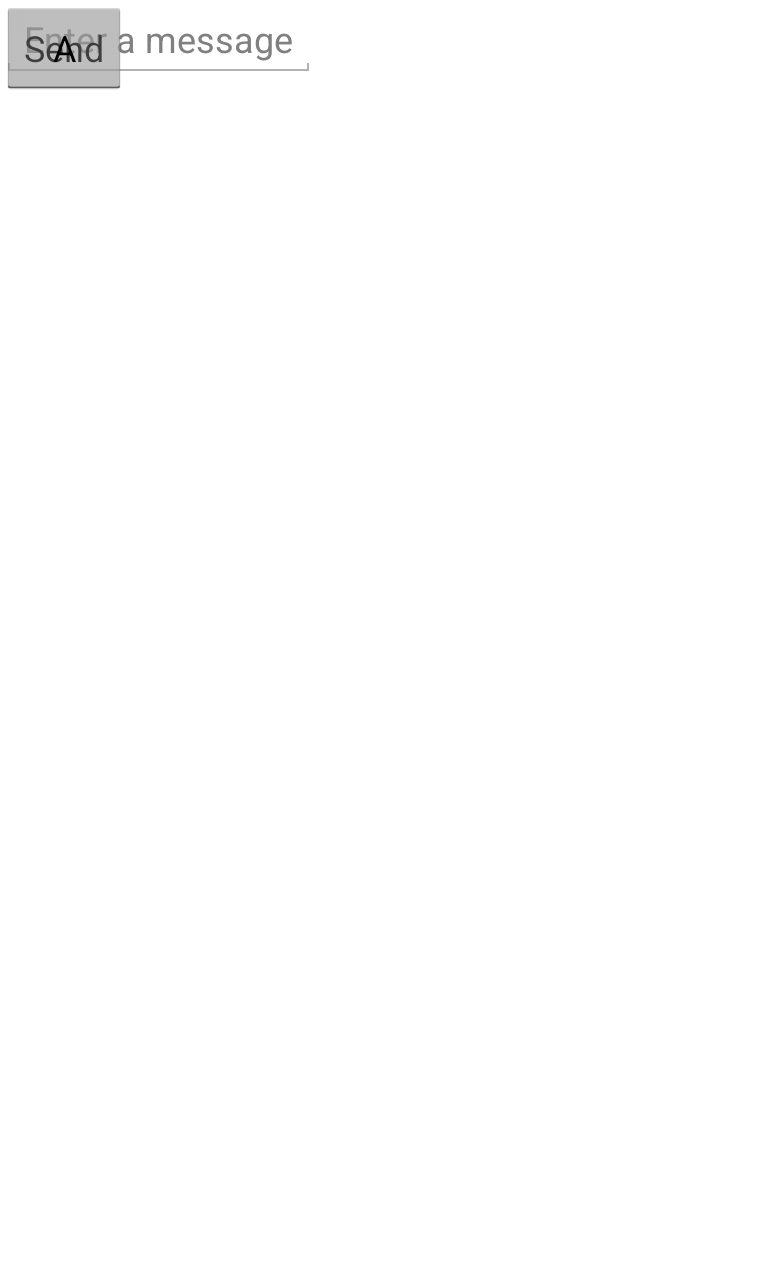
Repository: Jwonsever/AndroidPiano
Layout: HelloWorld/res/layout/activity_main.xml
The author's editor kept a copy of each file at every save. The layout is drawn from the files as they stood at one save, then again after the next save.
It is drawn on a 768 x 1280 px phone screen (xhdpi) without system bars, with theme AppTheme; the app's code is not run.

Above is the layout before, as saved 2013-11-08 00:13:44.

After the next save:
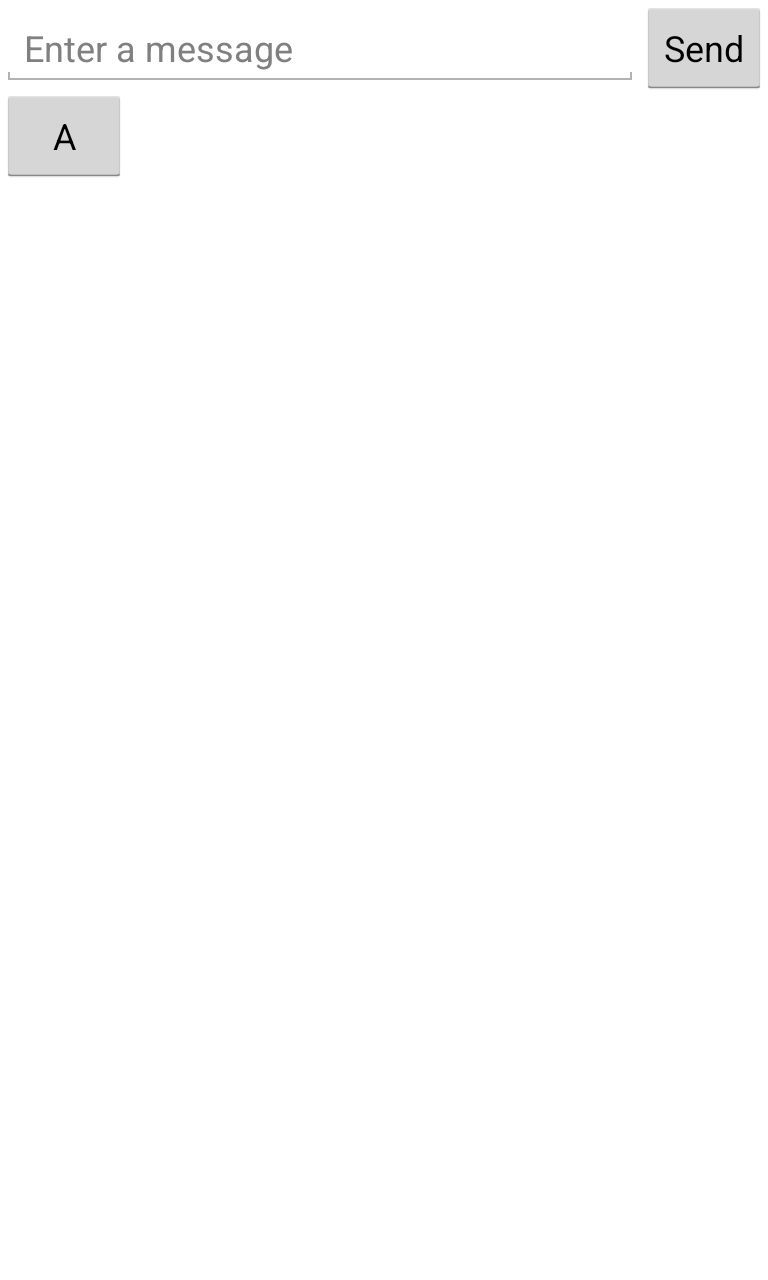
Saved 74 s later.
--- a/HelloWorld/res/layout/activity_main.xml
+++ b/HelloWorld/res/layout/activity_main.xml
@@ -5,18 +5,32 @@
     android:layout_height="match_parent"
     android:orientation="horizontal" >
 
-    <EditText android:id="@+id/edit_message"
+    <Button
+        android:id="@+id/button1"
         android:layout_width="wrap_content"
         android:layout_height="wrap_content"
-        android:hint="@string/edit_message" />
-	<Button
+        android:layout_alignParentRight="true"
+        android:layout_alignParentTop="true"
+        android:onClick="sendMessage"
+        android:text="@string/button_send" />
+
+    <EditText
+        android:id="@+id/edit_message"
         android:layout_width="wrap_content"
         android:layout_height="wrap_content"
-        android:onClick="sendMessage"
-        android:text="@string/button_send" />
-	<Button
+        android:layout_alignBaseline="@+id/button1"
+        android:layout_alignBottom="@+id/button1"
+        android:layout_alignParentLeft="true"
+        android:layout_toLeftOf="@+id/button1"
+        android:ems="10"
+        android:hint="@string/edit_message" />
+
+    <Button
         android:layout_width="wrap_content"
         android:layout_height="wrap_content"
+        android:layout_alignParentLeft="true"
+        android:layout_below="@+id/edit_message"
         android:onClick="play_a_note"
         android:text="@string/a_note" />
+
 </RelativeLayout>
